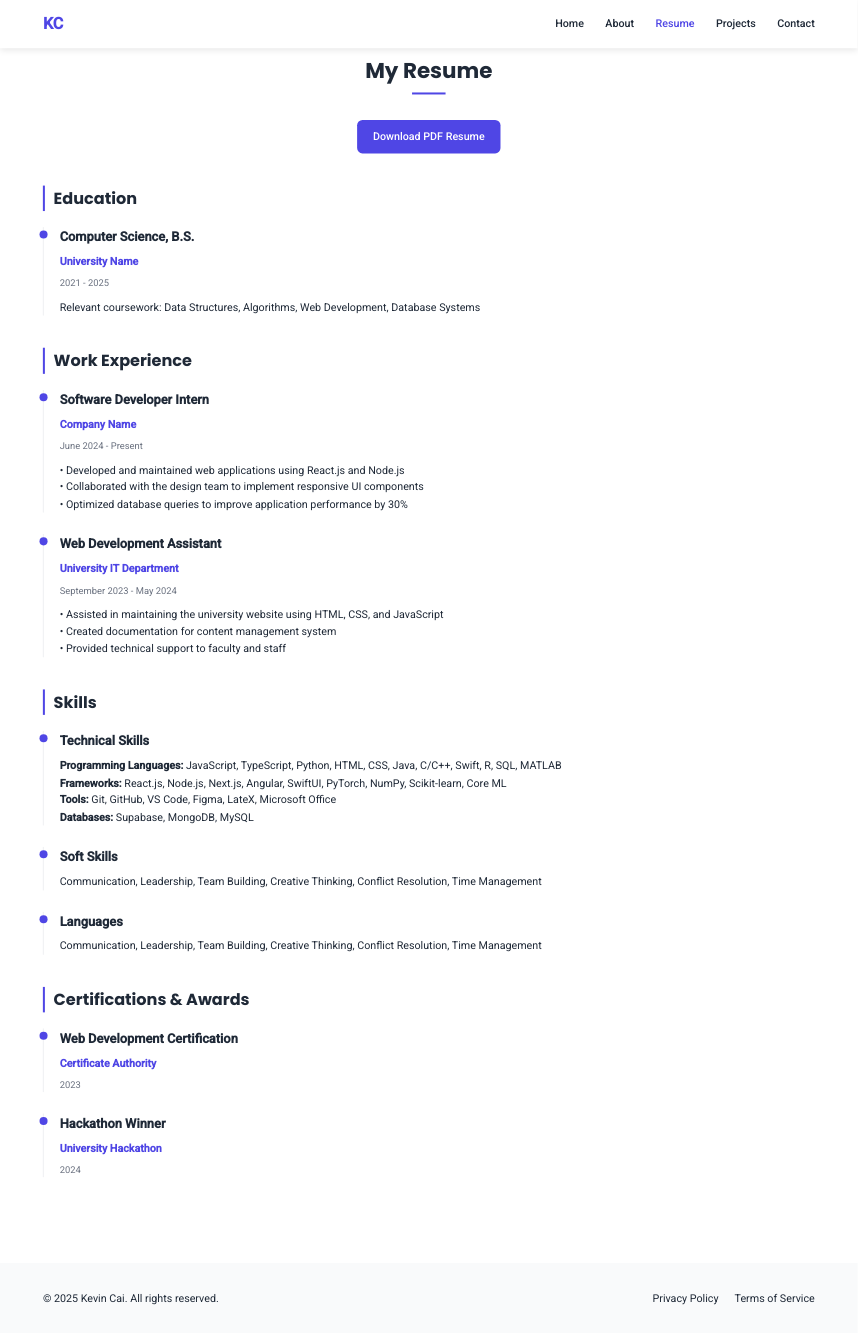
Repository: itskevbo/E-Portfolio
Page: pages/resume.html
These files come from the project's save history. The page is drawn as it stood at one moment and after the next save; the edit follows.
The browser window is 1280 px wide. The pictures show the whole page, at 67% of full size.

Above is the page before, as saved 2025-04-15 00:06:56.

After the next save:
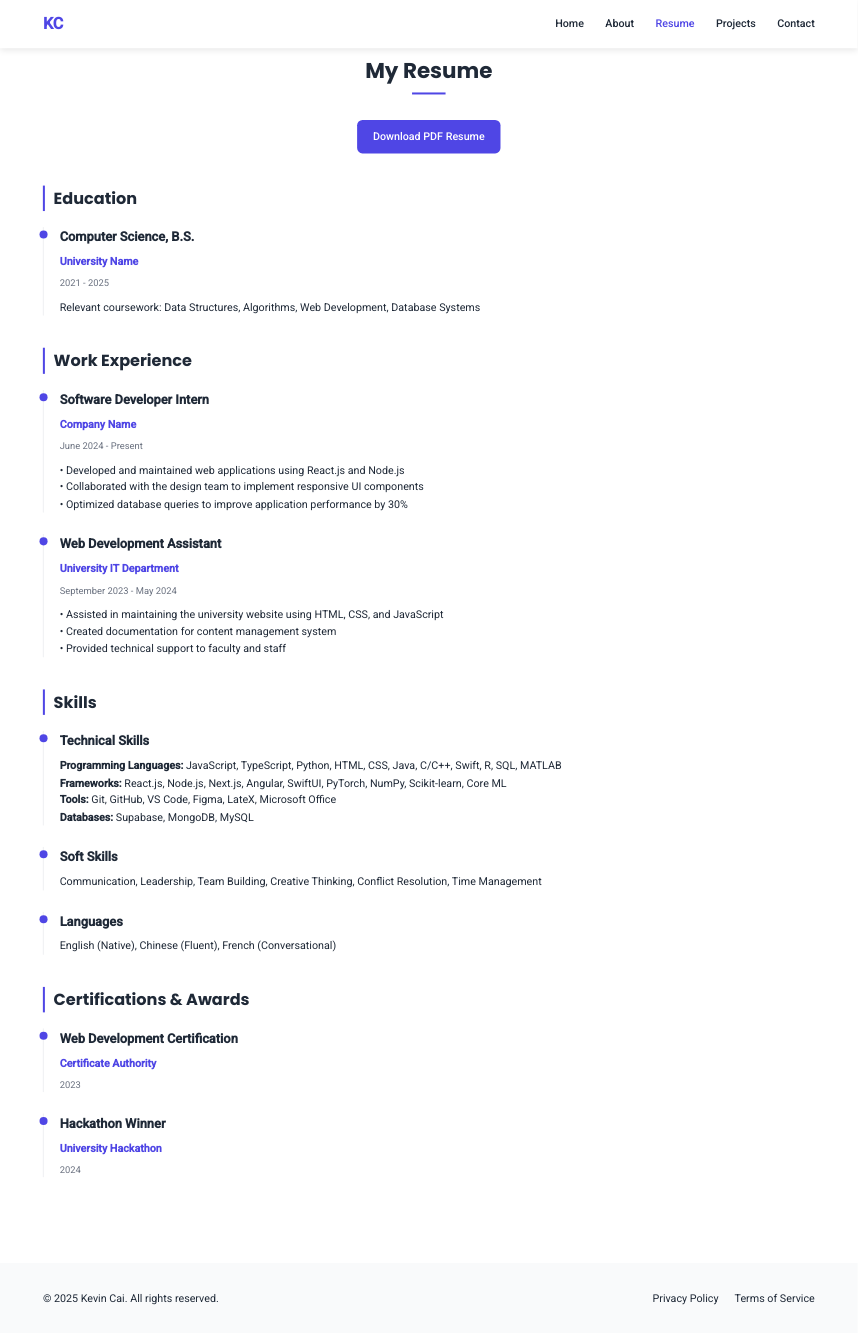
Saved 33 s later.
--- a/pages/resume.html
+++ b/pages/resume.html
@@ -185,7 +185,7 @@
                     <div class="resume-item">
                         <h4 class="resume-item__title">Languages</h4>
                         <p class="resume-item__description">
-                            Communication, Leadership, Team Building, Creative Thinking, Conflict Resolution, Time Management
+                            English (Native), Chinese (Fluent), French (Conversational)
                         </p>
                     </div>
                 </div>
